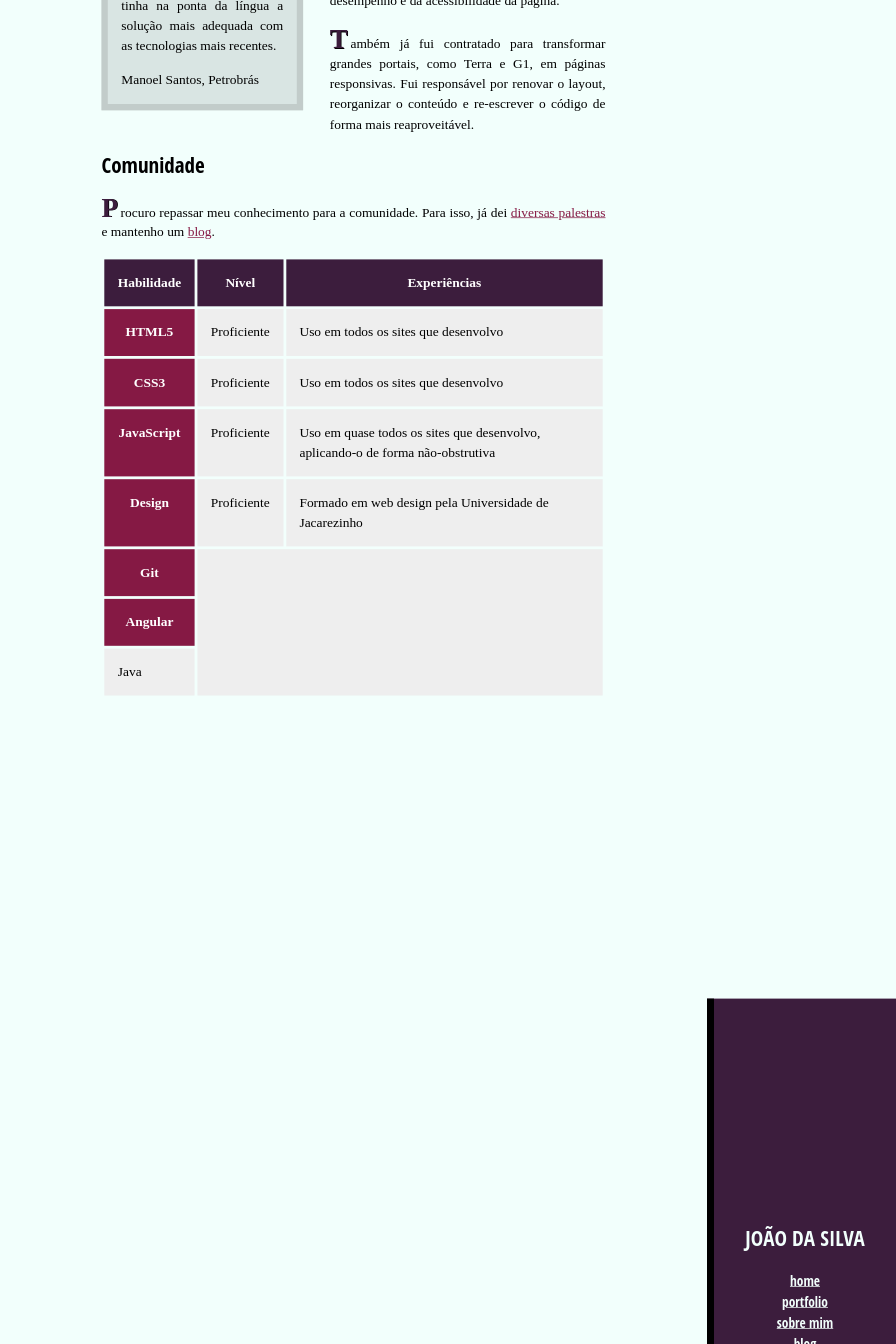
Repository: MichelMiola/html5Css3Avancado
Page: projeto/bio.html
An editor plug-in stored every save of this project. The page is shown before and after the next save, followed by the edit.
The browser window is 1280 px wide. The pictures show the part of the page from y = 1011 to 2931 px (the page is 3046 px tall), at 70% of full size.
Some web fonts or font styles are not loaded; a fallback is used.

Above is the page before, as saved 2015-03-25 15:48:21.

### projeto/bio.html
<!DOCTYPE html>
<html>
<head>
    <meta charset="utf-8">
    <title>João da Silva - Biografia</title>
    <link rel="icon" href="imagens/favicon.png">
    <link rel="stylesheet" href="css/reset.css">
    <link rel="stylesheet" href="css/site.css">
    <link rel="stylesheet" href="css/bio.css">
    <link rel="stylesheet" href="http://fonts.googleapis.com/css?family=Crimson+Text:400,400italic,600">
    <link rel="stylesheet" href="http://fonts.googleapis.com/css?family=Open+Sans+Condensed:700">
</head>
<body>
    <main>
        <h1 class="titulo-principal">Sobre mim</h1>
        <div class="container">
            <p>Moro em São Paulo mas atendo clientes do mundo todo. Sou conhecido por fazer produtos de <em>qualidade</em>, <em>durabilidade</em> e que <em>agregam valor</em> para meus clientes.</p>
            <p>Trabalho usando a web como plataforma, ou seja, respiro HTML5, CSS3 e JavaScript (ou melhor: ECMASCript). Crio sites para todos, seguindo as principais diretivas de <strong>acessibilidade, responsividade e web semântica</strong>, sem descuidar da qualidade de código.</p>
            <h2 class="subtitulo-texto">Como trabalho</h2>
            <blockquote tabindex="1" class="citacao-bio fiat">
                <p>João é o melhor desenvolvedor front-end com quem já trabalhei. Muito eficiente e muito capaz. Recomendo sem dúvidas!</p>
                <cite>José Souza, Fiat</cite>
            </blockquote>
            <p>Satisfazer meus clientes é prioridade. Para isso, garanto um processo de desenvolvimento altamente interativo, baseado em feedback contínuo. <strong>Não trabalho com escopo fechado</strong>: o cliente é que decide quando o produto está pronto.</p>
            <p>Também não trabalho com prazos fechados: <strong>qualidade é importante demais para ser sacrificada</strong>.</p>
            <h2 class="subtitulo-texto">Experiência</h2>
            <blockquote tabindex="1" class="citacao-bio petrobras">
                <p>João domina as tecnologias como ninguém. Eu apresentava um problema, ele tinha na ponta da língua a solução mais adequada com as tecnologias mais recentes.</p>
                <cite>Manoel Santos, Petrobrás</cite>
            </blockquote>
            <p>Já desenvolvi projetos para grandes empresas como <a href="http://bmw.com">BMW</a>, <a href="http://www.uol.com.br">UOL</a> e <a href="http://www.ibm.com.br">IBM</a>. Neles, o foco principal era entregar uma experiência imersiva e impactante para o usuário final sem descuidar do desempenho e da acessibilidade da página.</p>
            <p>Também já fui contratado para transformar grandes portais, como Terra e G1, em páginas responsivas. Fui responsável por renovar o layout, reorganizar o conteúdo e re-escrever o código de forma mais reaproveitável.</p>
            <h2 class="subtitulo-texto">Comunidade</h2>
            <p>Procuro repassar meu conhecimento para a comunidade. Para isso, já dei <a href="portfolio.html">diversas palestras</a> e mantenho um <a href="blog.html">blog</a>.</p>

	        <table class="habilidades">
			  <thead>
			    <tr>
			      <th>Habilidade</th>
			      <th>Nível</th>
			      <th>Experiências</th>
			    </tr>
			  </thead>
			  <tbody>
			    <tr>
			      <th>HTML5</th>
			      <td>Proficiente</td>
			      <td>Uso em todos os sites que desenvolvo</td>
			    </tr>
			    <tr>
			      <th>CSS3</th>
			      <td>Proficiente</td>
			      <td>Uso em todos os sites que desenvolvo</td>
			    </tr>
			    <tr>
			      <th>JavaScript</th>
			      <td>Proficiente</td>
			      <td>Uso em quase todos os sites que desenvolvo, aplicando-o de forma não-obstrutiva</td>
			    </tr>
			    <tr>
			      <th>Design</th>
			      <td>Proficiente</td>
			      <td>Formado em web design pela Universidade de Jacarezinho</td>
			    </tr>
			    <tr>
			    	<th>Git</th>
			    	<td colspan="2" rowspan="3"></td>
			    </tr>
			    <tr>
			    	<th>Angular</th>
			    </tr>
			    <tr>
			    	<td>Java</th>
			    </tr>
			  </tbody>
			</table>

        </div>


    </main>
    <img src="imagens/eu.jpg" alt="Minha foto" class="minha-foto">
    <aside class="navegacao-site">
        <h1>João da Silva</h1>
        <nav>
            <ul>
                <li><a href="index.html">Home</a></li>
                <li><a href="portfolio.html">Portfolio</a></li>
                <li><a href="bio.html">Sobre mim</a></li>
                <li><a href="blog.html">Blog</a></li>
                <li><a href="contato.html">Contato</a></li>
            </ul>
        </nav>
        <ul class="icones-redes-sociais">
		  <li>
		    <a href="https://github.com/joaodasilva" class="github" data-tooltip="Veja meus projetos opensource">
		      Github
		    </a>
		  </li>
		  <li>
		    <a href="https://twitter.com/joaodasilva" class="twitter" data-tooltip="Siga-me no Twitter">
		      Twitter
		    </a>
		  </li>
		  <li>
		    <a href="https://br.linkedin.com/pub/joão-da-silva/32/4/508" class="linkedin" data-tooltip="Veja meu currículo">
		      LinkedIn
		    </a>
		  </li>
		</ul>
    </aside>
    <footer class="rodape-pagina">
        &copy; João da Silva 2014
    </footer>
</body>
</html>

### projeto/css/site.css
body {
	font-family: "Crimson Text", "Times New Roman", serif;
	background-color: #F2FFFC;
	font-size: 120%;
	line-height: 1.5;
	display: flex;
  	flex-wrap: wrap;
  	display: block;
}

h1, h2, .subtitulo-principal {
	font-family: "Open Sans Condensed", "Arial", sans-serif;
}

h1 {
	text-transform: uppercase;
	font-size: 60px;
}

.titulo-principal {
	text-align: center;
	background-color: #851944;
	color: #FFF;
	padding: 2rem;
	border-bottom: .5rem solid #000;
}

.subtitulo-texto {
	font-size: 30px;
	clear: both;
}

main a {
	color: #851944;
}

main p {
	text-align: justify;
	margin: 20px 0;
}

.navegacao-site {
	text-align: center;
	background-color: #3C1D3D;
	color: #F2FFFC;
	padding: 20px;
	padding-top: calc(300px + 1em);
}

.navegacao-site a {
	color: inherit;
	font-family: "Open Sans Condensed", "Arial", sans-serif;
	text-transform: lowercase;
}

.navegacao-site h1 {
	font-size: 30px;
	margin-bottom: 25px;
}

.rodape-pagina {
	/* background-color: #000; */
	color: #F2FFFC;
	padding: 20px;
	clear: both;
	position: fixed;
	bottom: 0;
	left: 0;
	width: 100%;
	box-sizing: border-box;
	/* background-color: rgba(0, 0, 0, 0.3); */
	background-image: radial-gradient(ellipse at left bottom, rgba(60, 29, 61, 0.8),
		rgba(60, 29, 61, 0.8) 65%, black 65%, black 70%, transparent 70%,
		transparent);
	background-size: 25% 100%;
	background-repeat: no-repeat;
}

.container {
	width: 720px;
	margin-left: auto;
	margin-right: auto;
	padding: 30px 0;
}

strong {
	font-weight: bold;
}

em {
	font-style: italic;
}

.icones-redes-sociais li {
	display: inline-block;
}

.icones-redes-sociais a {
	width: 40px;
	height: 40px;
	display: block;
	text-indent: -99999px;
}

.github {
	background-image: url(../imagens/github.png);
}

.twitter {
	background-image: url(../imagens/twitter.png);
}

.linkedin {
	background-image: url(../imagens/linkedin.png);
}

main {
	/* width: 80%; */
	/* float: left; */
	padding-bottom: 80px;
	width: calc(100% - 0.9 * 300px);
	flex-grow: 1;
}

.minha-foto, .navegacao-site {
	border-left: 10px solid black;
	border-bottom: 10px solid black;
	box-sizing: border-box;
}

.navegacao-site {
	width: 20%;
	float: right;
	position: relative;
	top: 300px;
	width: calc(0.9 * 300px);
}

.minha-foto {
	position: absolute;
	top: 0;
	right: 0;
	height: 300px;
}

.leia-mais {
	padding: .5em;
	margin: 1em;
	display: block;
	font-size: 1.25em;
	text-align: center;
	background-color: #E6E7E8;
}

.citacao-bio {
	background-color: #D9E5E3;
	border: .5em solid #C2CCCA;
	padding: 1em;
	margin: 1em 2em;
	width: 30ch;
	box-sizing: border-box;
}

main a:hover,
main a:focus,
footer a:hover,
footer a:focus {
  color: red;
}

.navegacao-site a:hover,
.navegacao-site a:focus {
  text-shadow: 0 0 2px pink;
}

.icones-redes-sociais a:hover::after,
.icones-redes-sociais a:focus::after {
  content: attr(data-tooltip);
}

.icones-redes-sociais a {
  position: relative;
}
.icones-redes-sociais a:hover::after,
.icones-redes-sociais a:focus::after {
  content: attr(data-tooltip);
  position: absolute;
  top: 100%;
  right: 0;
  text-indent: 0;
}

.icones-redes-sociais a {
  position: relative;
}
.icones-redes-sociais a:hover::after,
.icones-redes-sociais a:focus::after {
  content: attr(data-tooltip);
  position: absolute;
  top: 100%;
  right: 0;
  text-indent: 0;
  width: 300%;
}

.icones-redes-sociais a {
  position: relative;
}

.icones-redes-sociais a:hover::before,
.icones-redes-sociais a:focus::before {
  content: '';
}

.icones-redes-sociais a:hover::before,
.icones-redes-sociais a:focus::before {
  content: '';
  width: 1em;
  height: 1em;
  background-color: black;
}

.icones-redes-sociais a:hover::before,
.icones-redes-sociais a:focus::before {
  content: '';
  width: 1em;
  height: 1em;
  background-color: black;
  position: absolute;
  bottom: 0;
  left: 0;
}

.icones-redes-sociais a:hover::before,
.icones-redes-sociais a:focus::before {
    content: '';
    width: 1em;
    height: 1em;
    background-color: black;
    position: absolute;
    bottom: 0;
    left: 0;
    transform: translateY(.5em) rotate(45deg);
}

.icones-redes-sociais a:hover::after,
.icones-redes-sociais a:focus::after {
  content: attr(data-tooltip);
  position: absolute;
  top: 100%;
  right: 0;
  text-indent: 0;
  width: 300%;
  background: black;
  font-size: .75em;
}

### projeto/css/bio.css
.citacao-bio:nth-of-type(odd) {
    background-color: #D9E5E3;
    border: 10px solid #C2CCCA;
    padding: 20px;
    margin: 20px 40px;
    width: 250px;
    box-sizing: border-box;
}

.citacao-bio:nth-of-type(even){
    float: left;
    margin-left: 0;
}

blockquote:nth-of-type(odd) {
    float: right;
    margin-right: 0;
}

.citacao-bio:hover,
.citacao-bio:focus {
    box-shadow: 0 0 0 99999px rgba(0,0,0,.8);
}
.citacao-bio:nth-of-type(odd):hover,
.citacao-bio:nth-of-type(odd):focus {
    transform: scale(1.2) rotate(5deg);
}
.citacao-bio:nth-of-type(even):hover,
.citacao-bio:nth-of-type(even):focus {
    transform: scale(1.2) rotate(-5deg);
}

.container > p::first-letter {
  font-size: 200%;
  font-weight: bold;
  color: #3C1D3D;
  text-shadow: 1px 1px #000;
}

.container > p::first-letter {
  font-size: 200%;
  font-weight: bold;
  color: #3C1D3D;
  text-shadow: 1px 1px #000;
  margin-right: .2ch;
  line-height: 1;
}

.citacao-bio::before {
    content: '“';
    position: absolute;
    font-size: 10em;
    color: #bbb;
    line-height: .8
}
.citacao-bio > p {
    position: relative;
}

.habilidades th {
  font-weight: bold;
  background-color: #851944;
  color: white;
}

.habilidades thead th {
  /* não precisamos colocar font-weight e color
     pois já fizemos isso para todos os th */
  background-color: #3C1D3D;
}

.habilidades td {
  background-color: #eee;
}

.habilidades th,
.habilidades td {
  padding: 1em;
}
.habilidades {
  border-collapse: separate;
  border-spacing: .25em;
}

.habilidades {
  margin: 1em 0;
}

Loaded but not shown: projeto/css/reset.css (common file)

After the next save:
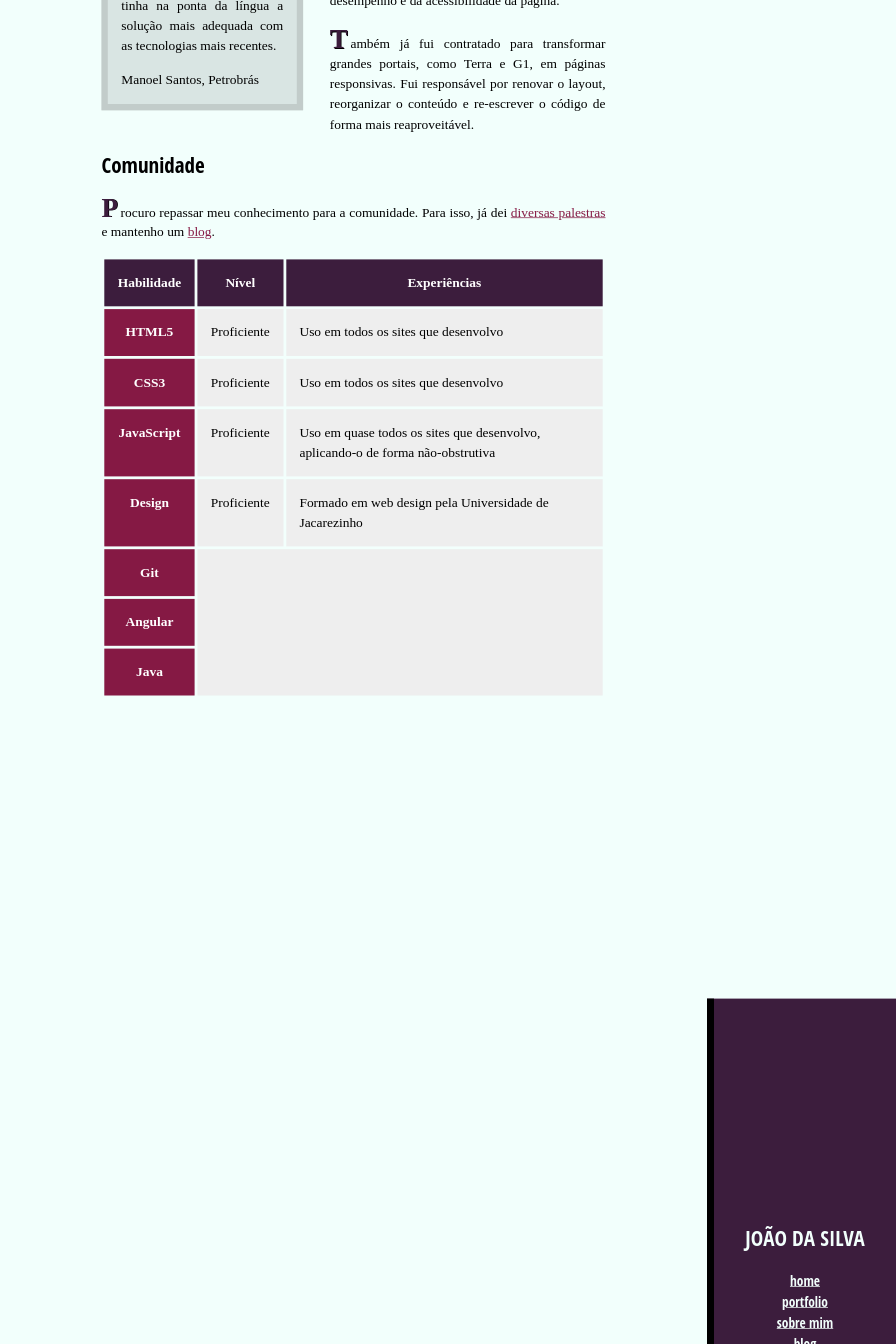
Saved 4 s later.
--- a/projeto/bio.html
+++ b/projeto/bio.html
@@ -70,7 +70,7 @@
 			    	<th>Angular</th>
 			    </tr>
 			    <tr>
-			    	<td>Java</th>
+			    	<th>Java</th>
 			    </tr>
 			  </tbody>
 			</table>
